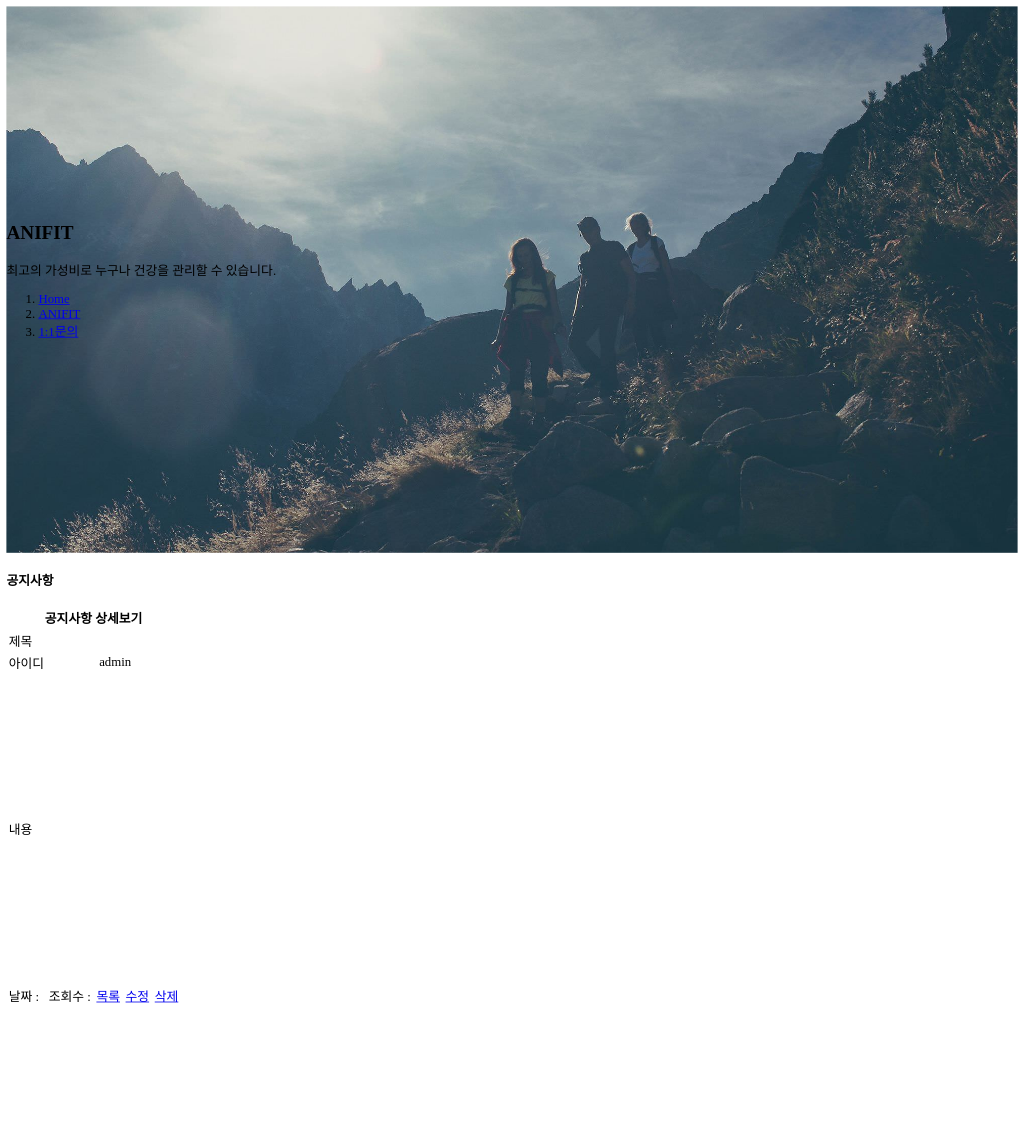
Repository: sjhello/Kitri_SpringProject
Page: http://localhost/SpringProject/WEB-INF/views/notice/notice-detail.jsp
An editor plug-in stored every save of this project. The page is shown before and after the next save, followed by the edit.
The browser window is 1280 px wide. The pictures show the whole page, at 80% of full size.
The page is served by Tomcat 9. Nobody is signed in. The template is opened directly, without the code that normally fills it, so the values that code supplies are empty.

Above is the page before, as saved 2018-12-04 06:19:36.
Console error: ReferenceError: $ is not defined

After the next save:
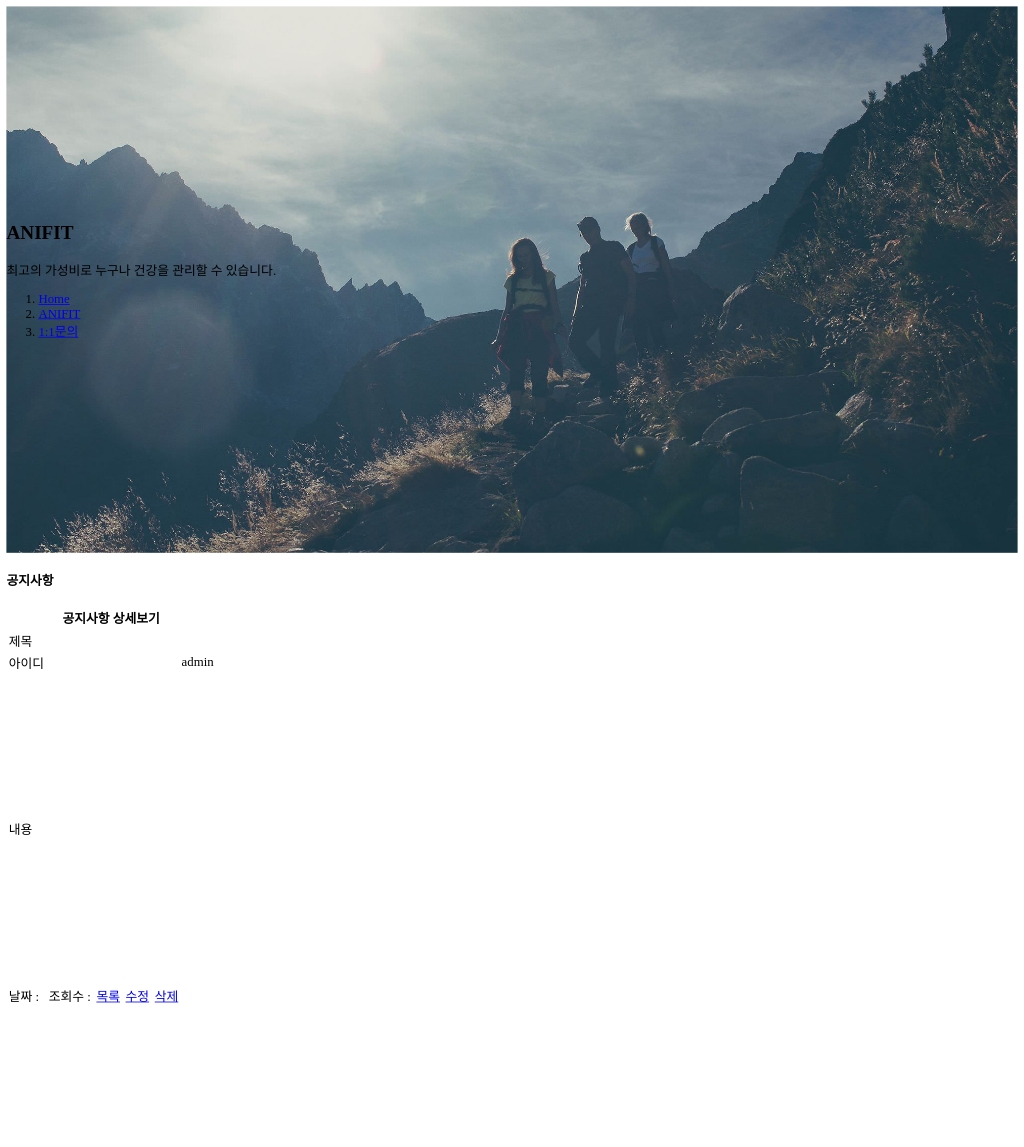
Saved 68 s later.
--- a/SpringProject/src/main/webapp/WEB-INF/views/notice/notice-detail.jsp
+++ b/SpringProject/src/main/webapp/WEB-INF/views/notice/notice-detail.jsp
@@ -40,7 +40,7 @@
 						  </thead>
 						  <tbody>
 							<tr>
-							  <td>제목</td>
+							  <td style=" width: 212px; ">제목</td>
 							  <td>${list.title }</td>
 							</tr>
 							<tr>
